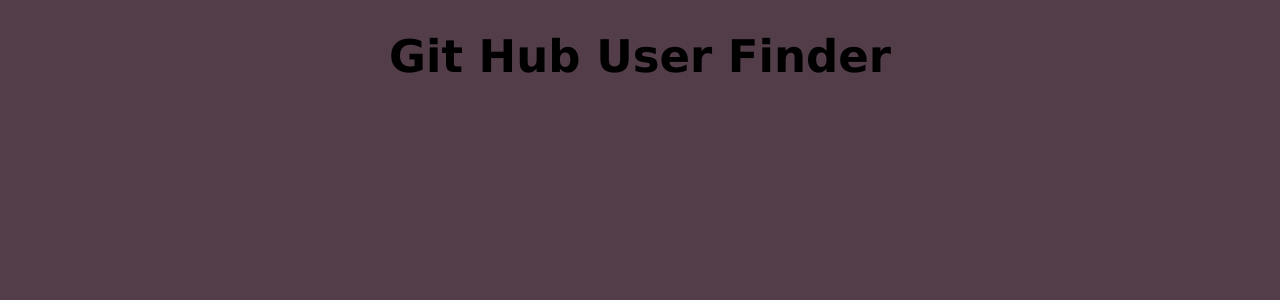
Repository: Dharshinimk-521/github-user-finder
Page: index.html
These files come from the project's save history. The page is drawn as it stood at one moment and after the next save; the edit follows.
The browser window is 1280 px wide. The pictures show the whole page.
Some web fonts or font styles are not loaded; a fallback is used.

Above is the page before, as saved 2026-04-13 20:56:50.

### index.html
<!DOCTYPE html>
<html>
    <head>
       <meta charset="UTF-8" />
        <meta name="viewport" content="width=device-width, initial-scale=1.0" />
        <title>GITHUB USER FINDER</title>
        <link rel="preconnect" href="https://fonts.googleapis.com">
        <link rel="preconnect" href="https://fonts.gstatic.com" crossorigin>
        <link href="https://fonts.googleapis.com/css2?family=Bitcount+Single:wght@100..900&family=Cedarville+Cursive&family=Edu+NSW+ACT+Cursive:wght@400..700&family=Inter:ital,opsz,wght@0,14..32,100..900;1,14..32,100..900&family=Iosevka+Charon:ital,wght@0,300;0,400;0,500;0,700;1,300;1,400;1,500;1,700&family=Open+Sans:ital,wght@0,300..800;1,300..800&family=Oswald:wght@200..700&family=Roboto+Mono:ital,wght@0,100..700;1,100..700&family=Roboto:ital,wght@0,500;1,500&family=Saira+Stencil:ital,wght@0,100..900;1,100..900&family=Sekuya&family=Share+Tech&display=swap" rel="stylesheet">
        <link rel="stylesheet" href="style.css">
        <script src="github.js" defer></script>
    </head>
    <body>
        <h1 class="title">Git Hub User Finder</h1>

    </body>
</html>

### style.css
body{
    background-color: #523D49;
    font-family: Verdana, Geneva, Tahoma, sans-serif;
    color:black;
    text-align: center;
}
.title{
   font-size:45px;
   text-decoration: dashed;
}

Loaded but not shown: github.js (no copy from this time; the picture is the same without it)

After the next save:
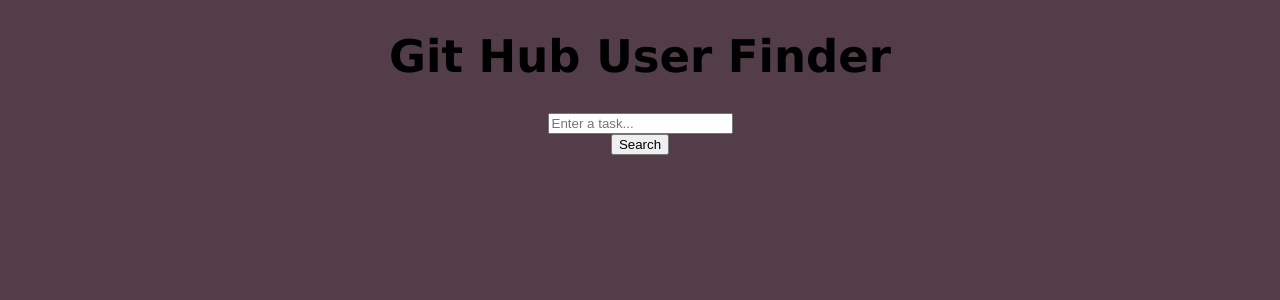
Saved 58 s later.
--- a/index.html
+++ b/index.html
@@ -12,6 +12,9 @@
     </head>
     <body>
         <h1 class="title">Git Hub User Finder</h1>
-
+         <input id="input" type="text" placeholder="Enter a task...">
+        <!--buttons-->
+        <br>
+        <button id="search">Search</button>
     </body>
 </html>
